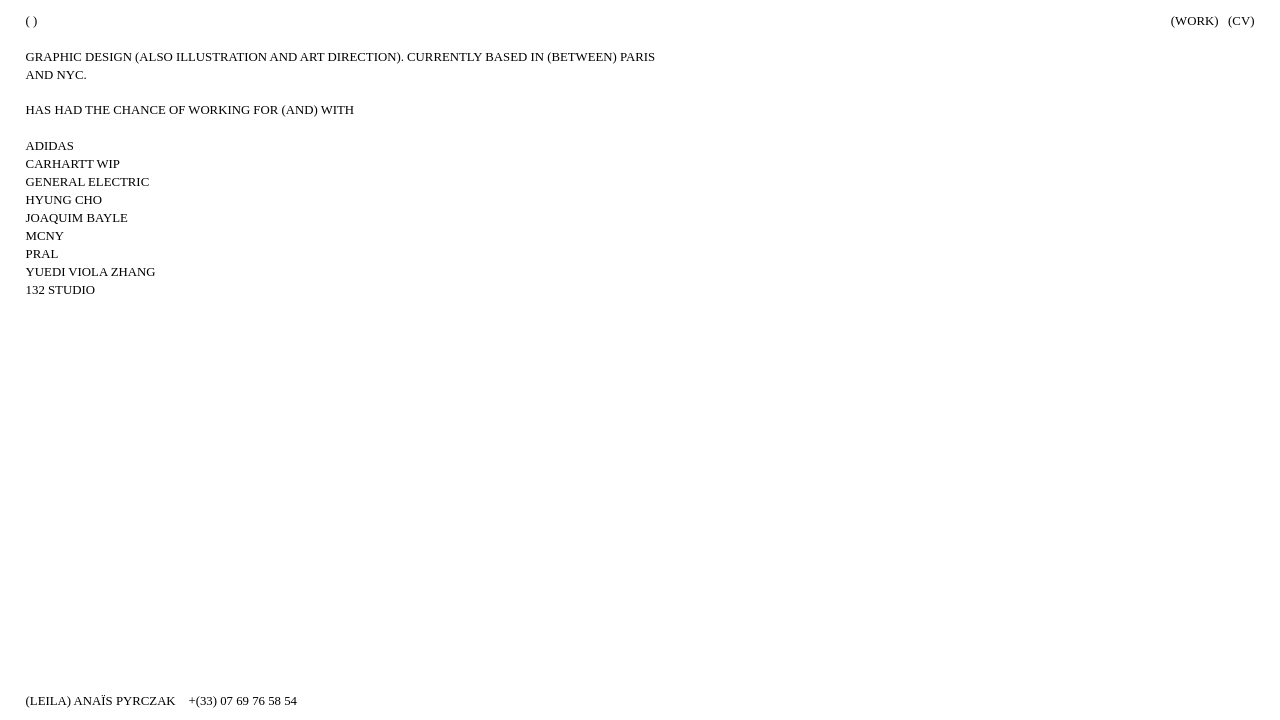
Repository: pyrcl090/site
Page: info.html
These files come from the project's save history. The page is drawn as it stood at one moment and after the next save; the edit follows.
The browser window is 1280 px wide. The pictures show the whole page.
Some web fonts or font styles are not loaded; a fallback is used.

Above is the page before, as saved 2024-04-12 15:29:21.
Console error: TypeError: Cannot read properties of null (reading 'addEventListener')

After the next save:
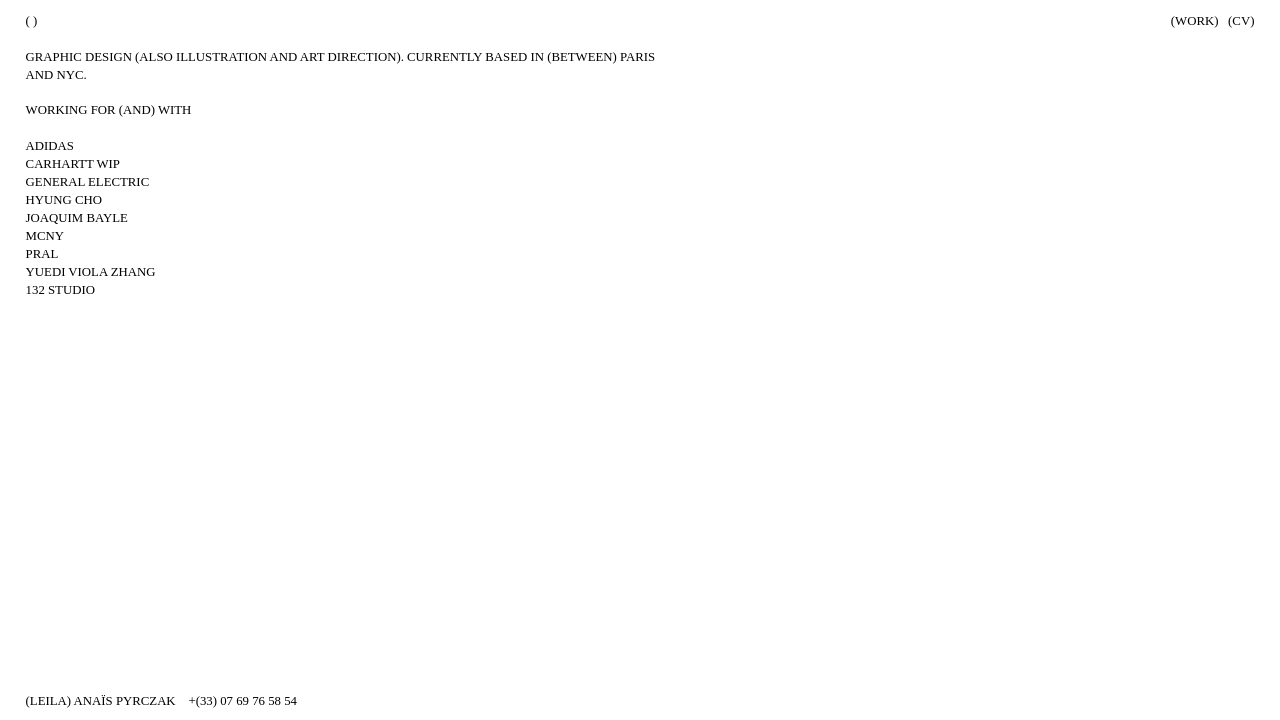
Saved 24 min 16 s later.
--- a/info.html
+++ b/info.html
@@ -21,7 +21,7 @@
     <a href="CV_Leila_Anais_Pyrczak.pdf">(<span >CV</span>)</a></p>
   <!-- top left nav -->
   <p class="nav3">(<span id="img_text"> </span>) &nbsp;&nbsp; <br><br><span id="mp4_text"> GRAPHIC DESIGN (ALSO ILLUSTRATION AND ART DIRECTION). CURRENTLY BASED IN (BETWEEN) PARIS AND NYC.
-    <br><br> HAS HAD THE CHANCE OF WORKING FOR (AND) WITH
+    <br><br> WORKING FOR (AND) WITH
     <br><br>
     ADIDAS<br>
     CARHARTT WIP<br>
